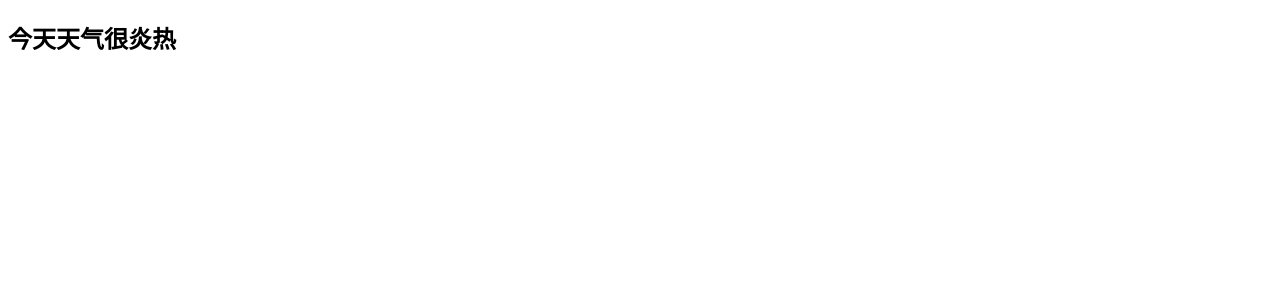
Repository: chenguocan/React-todoList
Page: index.html
These files come from the project's save history. The page is drawn as it stood at one moment and after the next save; the edit follows.
The browser window is 1280 px wide. The pictures show the whole page.

Above is the page before, as saved 2020-09-11 16:25:13.

After the next save:
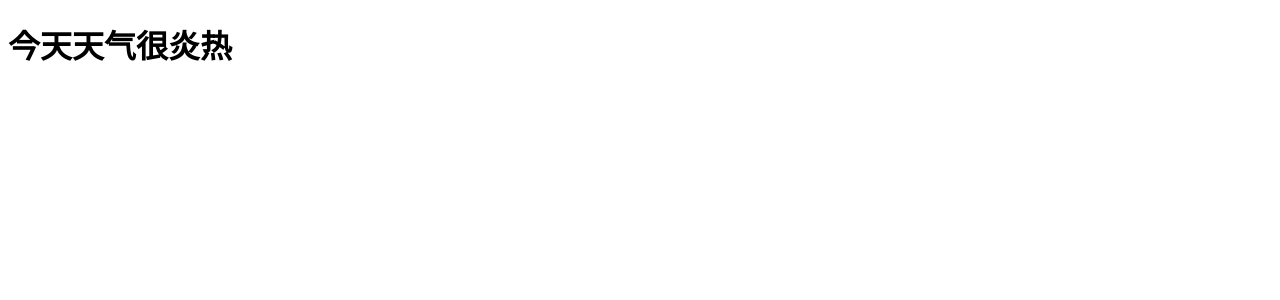
Saved 38 s later.
--- a/index.html
+++ b/index.html
@@ -8,30 +8,33 @@
 </head>
 
 <body>
-    <div class="test"> </div>
+    <div id="test"> </div>
     <script src="./js/babel.min.js"></script>
     <script src="./js/react.development.js"></script>
     <script src="./js/react-dom.development.js"></script>
     <script type="text/babel">
         class Weather extends React.Component {
-            constructor() {
-                super();
+            constructor(a) {
+                super(a)
                 this.state = { isHot: true }
-                this.demo = this.demo.bind(this);
+                this.demo = this.demo.bind(this)
             }
+
             demo() {
                 let { isHot } = this.state
+
                 this.setState({ isHot: !isHot })
             }
             render() {
-                return (
-                    <div>
-                        <h2 onClick={this.demo}>今天天气很{this.state ? "炎热" : "凉爽"}</h2>
-                    </div>
-                )
+                //  console.log(this);
+                return <h1 className="demo" onClick={this.demo}>今天天气很{this.state.isHot ? '炎热' : '凉爽'}</h1>
             }
+
+
+
         }
-        ReactDOM.render(<Weather />, document.querySelector(".test"));
+
+        ReactDOM.render(<Weather />, document.getElementById('test'))
     </script>
 </body>
 

After the save that followed:
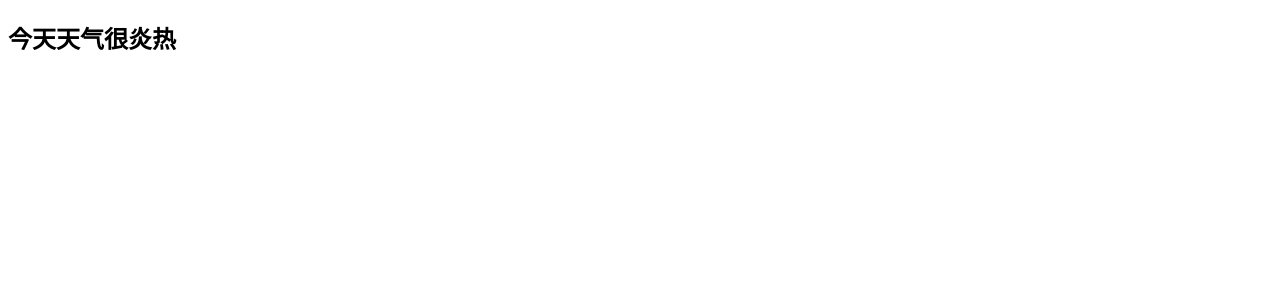
Saved 36 s later.
--- a/index.html
+++ b/index.html
@@ -8,33 +8,30 @@
 </head>
 
 <body>
-    <div id="test"> </div>
+    <div class="test"> </div>
     <script src="./js/babel.min.js"></script>
     <script src="./js/react.development.js"></script>
     <script src="./js/react-dom.development.js"></script>
     <script type="text/babel">
         class Weather extends React.Component {
-            constructor(a) {
-                super(a)
+            constructor() {
+                super();
                 this.state = { isHot: true }
-                this.demo = this.demo.bind(this)
+                this.demo = this.demo.bind(this);
             }
-
             demo() {
                 let { isHot } = this.state
-
                 this.setState({ isHot: !isHot })
             }
             render() {
-                //  console.log(this);
-                return <h1 className="demo" onClick={this.demo}>今天天气很{this.state.isHot ? '炎热' : '凉爽'}</h1>
+                return (
+                    <div>
+                        <h2 onClick={this.demo}>今天天气很{this.state ? "炎热" : "凉爽"}</h2>
+                    </div>
+                )
             }
-
-
-
         }
-
-        ReactDOM.render(<Weather />, document.getElementById('test'))
+        ReactDOM.render(<Weather />, document.querySelector(".test"));
     </script>
 </body>
 
